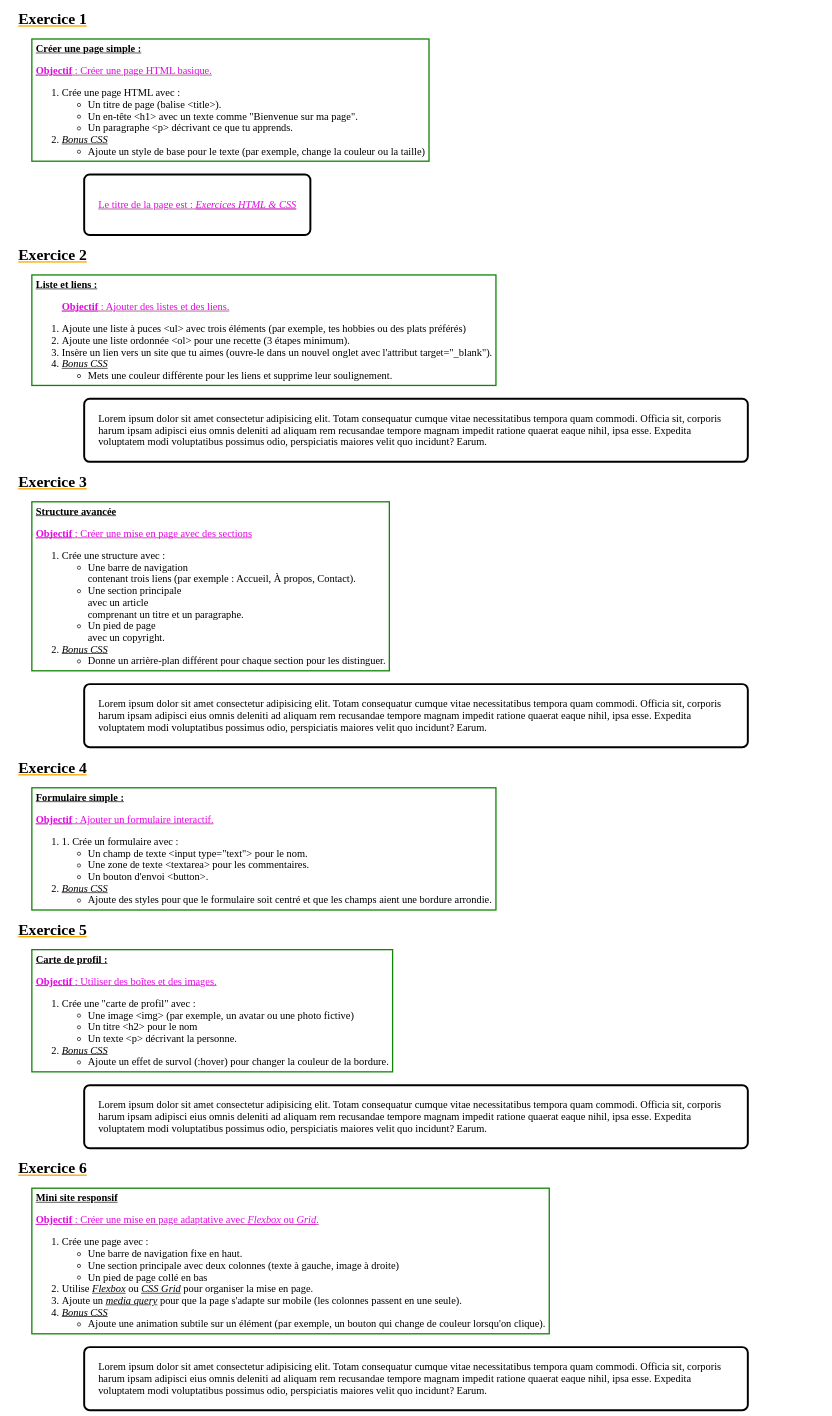
Repository: AnnaSpirit/Mimo_App
Page: Exercices_HTML&CSS.html
An editor plug-in stored every save of this project. The page is shown before and after a run of saves, followed by the edit.
The browser window is 1280 px wide. The pictures show the whole page, at 65% of full size.

Above is the page before, as saved 2024-12-08 12:17:30.

### Exercices_HTML&CSS.html
<!DOCTYPE html>
<html lang="en">
<head>
    <meta charset="UTF-8">
    <meta name="viewport" content="width=device-width, initial-scale=1.0">
    <link rel="stylesheet" href="styleCSS.css">
    <title>Exercices HTML & CSS</title>
</head>
<body>
<div>
    <h1>Exercice 1</h1>
    <span class="Consigne"><b>Créer une page simple :</b><br>
        <p><b>Objectif</b> : Créer une page HTML basique.</p>
        <ol>
            <li>Crée une page HTML avec :
                <ul>
                    <li>Un titre de page (balise &lt;title&gt;).</li>
                    <li>Un en-tête &lt;h1&gt; avec un texte comme "Bienvenue sur ma page".</li>
                    <li>Un paragraphe &lt;p&gt; décrivant ce que tu apprends.</li>
                </ul>
            </li>
            <li><em>Bonus CSS</em>
                <ul>
                    <li>Ajoute un style de base pour le texte (par exemple, change la couleur ou la taille)</li>
                </ul>
            </li>
        </ol>
    </span>
    <br>
    <br>
    <span class="Resultat">
        <div>
            <span>
                <p>Le titre de la page est : <em>Exercices HTML & CSS</em>

                </p>
            </span>
        </div>
    </span>

</div>
    <div>
        <h1>Exercice 2</h1>
    <span class="Consigne"><b>Liste et liens :</b>
        <ol>
            <p><b>Objectif</b> : Ajouter des listes et des liens.</p>
            <li>Ajoute une liste à puces &lt;ul&gt; avec trois éléments (par exemple, tes hobbies ou des plats préférés)</li>
            <li>Ajoute une liste ordonnée &lt;ol&gt; pour une recette (3 étapes minimum).</li>
            <li>Insère un lien <a> vers un site que tu aimes (ouvre-le dans un nouvel onglet avec l'attribut target="_blank").</li>
            <li><em>Bonus CSS</em>
                <ul>
                    <li>Mets une couleur différente pour les liens et supprime leur soulignement.</li>
                </ul>
            </li>
        </ol>
    </span>
    <br>
    <br>
    <span class="Resultat">Lorem ipsum dolor sit amet consectetur adipisicing elit. Totam consequatur cumque vitae
        necessitatibus tempora quam commodi. Officia sit, corporis harum ipsam adipisci eius omnis deleniti ad aliquam rem
        recusandae tempore magnam impedit ratione quaerat eaque nihil, ipsa esse. Expedita voluptatem modi voluptatibus
        possimus odio, perspiciatis maiores velit quo incidunt? Earum.</span>
    </div>
    <div>
        <h1>Exercice 3</h1>
        <span class="Consigne"><b>Structure avancée</b><br>
        <p><b>Objectif</b> : Créer une mise en page avec des sections</p>
        <ol>
            <li>Crée une structure avec :</li>
            <ul>
                <li>Une barre de navigation <nav> contenant trois liens (par exemple : Accueil, À propos, Contact).</li>
                <li>Une section principale <main> avec un article <article> comprenant un titre et un paragraphe.</li>
                <li>Un pied de page <footer> avec un copyright.</li>
            </ul>
            <li><em>Bonus CSS </em></li>
            <ul>
                <li>Donne un arrière-plan différent pour chaque section pour les distinguer.</li>
            </ul></li>
        </ol>
    </span>
    <br>
    <br>
    <span class="Resultat">Lorem ipsum dolor sit amet consectetur adipisicing elit. Totam consequatur cumque vitae
        necessitatibus tempora quam commodi. Officia sit, corporis harum ipsam adipisci eius omnis deleniti ad aliquam rem
        recusandae tempore magnam impedit ratione quaerat eaque nihil, ipsa esse. Expedita voluptatem modi voluptatibus
        possimus odio, perspiciatis maiores velit quo incidunt? Earum.</span>
    </div>
    <div>
        <h1>Exercice 4</h1>
    <span class="Consigne"><b>Formulaire simple :</b><br>
        <p><b>Objectif</b> : Ajouter un formulaire interactif.</p>
        <ol>
            <li>1. Crée un formulaire avec :</li>
                <ul>
                    <li>Un champ de texte &lt;input type="text"&gt; pour le nom.</li>
                    <li>Une zone de texte &lt;textarea&gt; pour les commentaires.</li>
                    <li>Un bouton d'envoi &lt;button&gt;.</li>
                </ul>
            </li>
            <li><em>Bonus CSS</em>
                <ul>
                    <li>Ajoute des styles pour que le formulaire soit centré et que les champs aient une bordure arrondie.</li>
                </ul>
            </li>
        </ol>
    </div>
    <div>
        <h1>Exercice 5</h1>
        <span class="Consigne"><b>Carte de profil :</b><br>
            <p><b>Objectif</b> : Utiliser des boîtes et des images.</p>
            <ol>
                <li>Crée une "carte de profil" avec :</li>
                    <ul>
                        <li>Une image &lt;img&gt; (par exemple, un avatar ou une photo fictive)</li>
                    <li>Un titre &lt;h2&gt; pour le nom</li>
                    <li>Un texte &lt;p&gt; décrivant la personne.</li>
                    </ul>
                <li><em>Bonus CSS</em></li>
                    <ul><li>Ajoute un effet de survol (:hover) pour changer la couleur de la bordure.</li></ul>
                </li>
            </ol>
            </span>
            <br>
            <br>
            <span class="Resultat">Lorem ipsum dolor sit amet consectetur adipisicing elit. Totam consequatur cumque vitae
                necessitatibus tempora quam commodi. Officia sit, corporis harum ipsam adipisci eius omnis deleniti ad aliquam rem
                recusandae tempore magnam impedit ratione quaerat eaque nihil, ipsa esse. Expedita voluptatem modi voluptatibus
                possimus odio, perspiciatis maiores velit quo incidunt? Earum.</span>
    </div>
    <div>
        <h1>Exercice 6</h1>
    <span class="Consigne"><b>Mini site responsif</b><br>
        <p><b>Objectif</b> : Créer une mise en page adaptative avec <em class="select">Flexbox</em> ou <em class="select">Grid</em>.
    <ol>
        <li>Crée une page avec :</li>
            <ul>
                <li>Une barre de navigation fixe en haut.</li>
                <li>Une section principale avec deux colonnes (texte à gauche, image à droite)</li>
                <li>Un pied de page collé en bas</li>
            </ul>
        </li>
        <li>Utilise <em class="select">Flexbox</em> ou <em class="select">CSS Grid</em> pour organiser la mise en page.</li>
        <li>Ajoute un <em class="select">media query</em> pour que la page s'adapte sur mobile (les colonnes passent en une seule).</li>
        <li><em>Bonus CSS</em>
            <ul>
                <li>Ajoute une animation subtile sur un élément (par exemple, un bouton qui change de couleur lorsqu'on clique).</li>
            </ul>
        </li>
    </ol>
    </span>
    <br>
    <br>
    <span class="Resultat">Lorem ipsum dolor sit amet consectetur adipisicing elit. Totam consequatur cumque vitae
        necessitatibus tempora quam commodi. Officia sit, corporis harum ipsam adipisci eius omnis deleniti ad aliquam rem
        recusandae tempore magnam impedit ratione quaerat eaque nihil, ipsa esse. Expedita voluptatem modi voluptatibus
        possimus odio, perspiciatis maiores velit quo incidunt? Earum.</span>
    </div>
</body>
</html>

### styleCSS.css
html{
    margin: 0 20px 0 20px;
}
h1{
    font-weight: bold;
    font-size: x-large;
    text-decoration: underline orange;
}

ol{
    margin-top: 5px;
    margin-bottom: 0;
}

.Consigne{
    border: 2px solid rgb(17, 132, 7);
        /* Une bordure noire de 2px */
        padding: 5px;
        /* Espace entre le texte et la bordure */
        display: inline-block;
        /* S'assurer que la bordure s'adapte au texte */
        margin: 0 20px;
            /* Décalage de 20px à droite et à gauche */
}
p{
    text-decoration: underline rgb(149, 18, 112);
    color: rgb(228, 7, 228);
}
b, em{
    font-family: fantasy;
    text-decoration: underline;
}
.select{
    font-style: oblique;
}
.Resultat{
    border: 3px solid black;
    /* Une bordure noire de 2px */
    padding: 20px;
    /* Espace entre le texte et la bordure */
    border-radius: 10px;
    /* Coins arrondis */
    display: inline-block;
    /* S'assurer que la bordure s'adapte au texte */
    margin: 0 100px 0 100px;
}
.Resultat div{

}

After the next 5 saves:
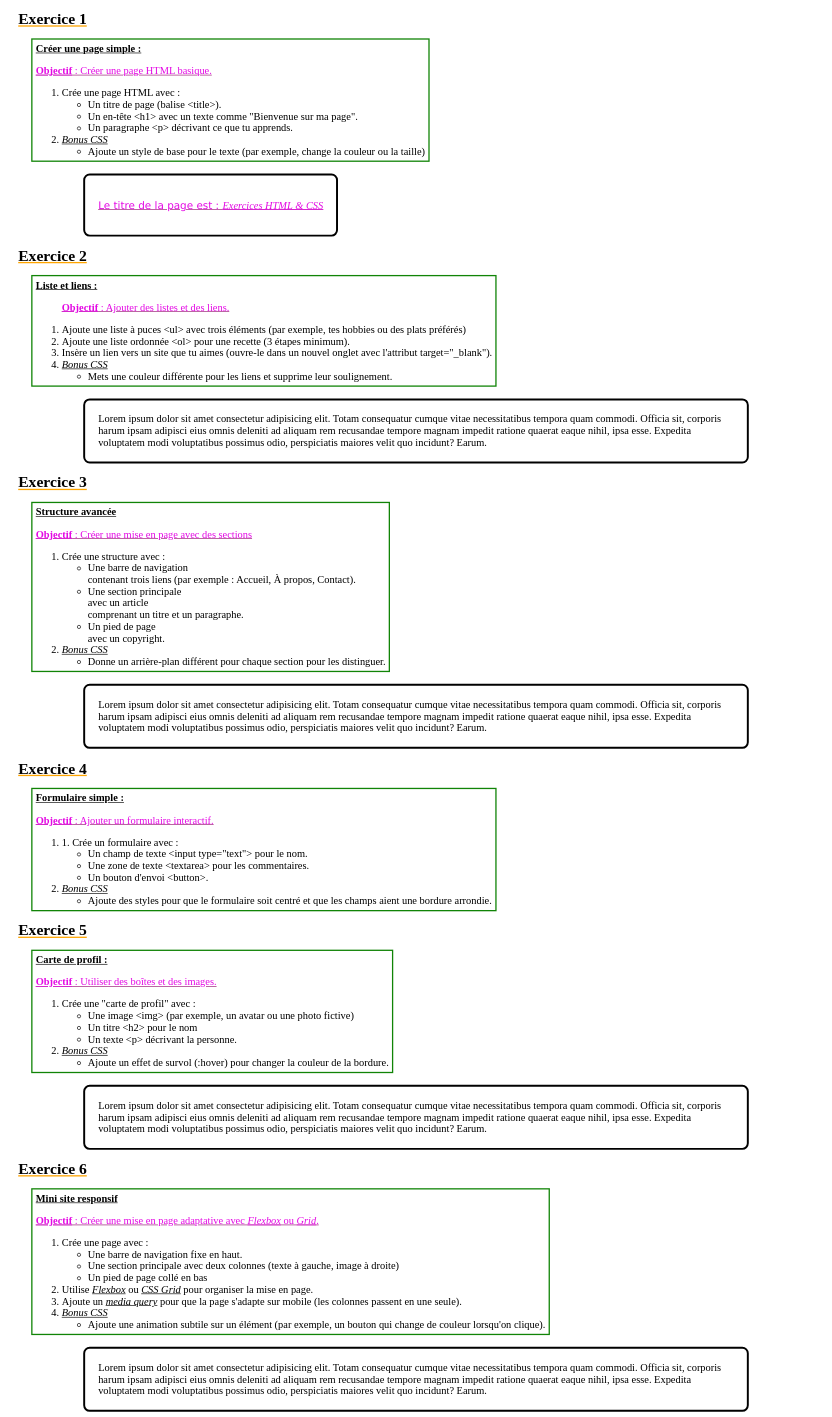
The 5 saves are shown as one change because they came seconds apart.
The last was saved 27 s later.
--- a/styleCSS.css
+++ b/styleCSS.css
@@ -44,6 +44,7 @@ b, em{
     /* S'assurer que la bordure s'adapte au texte */
     margin: 0 100px 0 100px;
 }
-.Resultat div{
+.Resultat p{
+    font-family: 'Lucida Sans', 'Lucida Sans Regular', 'Lucida Grande', 'Lucida Sans Unicode', Geneva, Verdana, sans-serif;
 
 }
